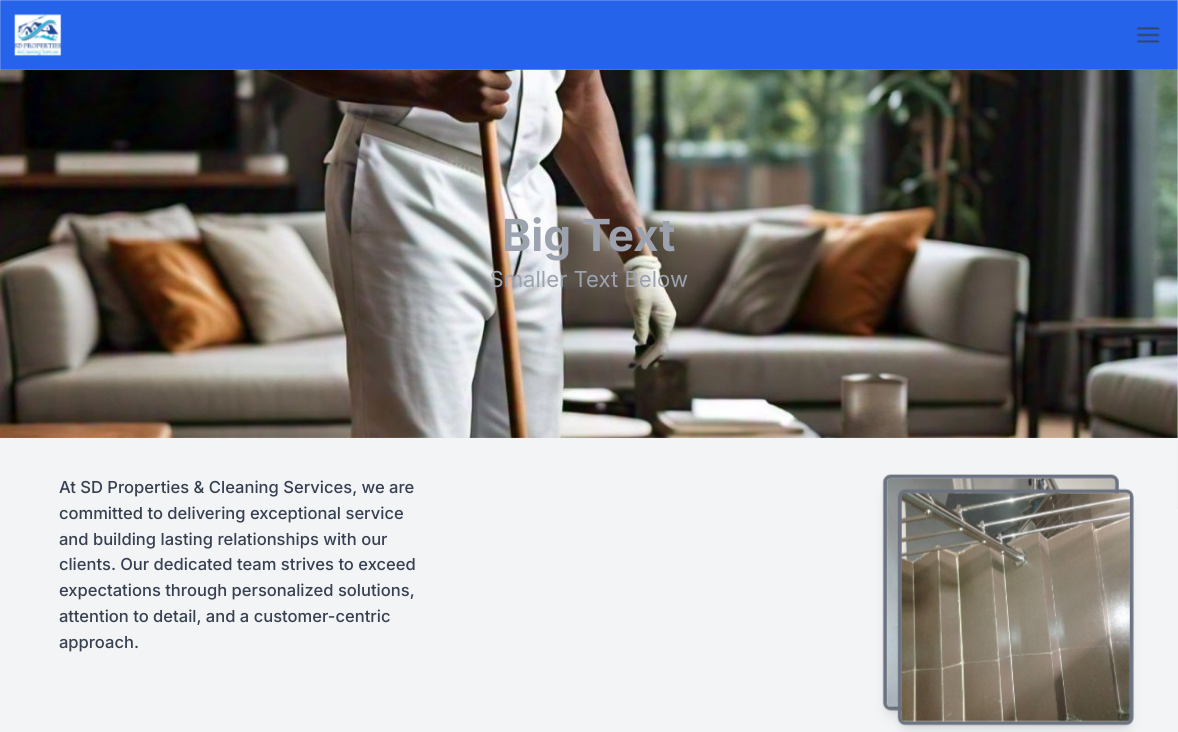
Repository: devmskhan/sdpropandclean
Page: /
An editor plug-in stored every save of this project. The page is shown before and after a run of saves, followed by the edit.
The browser window is 1280 px wide. The pictures show the whole page, at 92% of full size.
The project was rebuilt for these pictures with package versions that can differ from the ones it lists, and the page was loaded fresh each time. The framework's server and built-in components were replaced by stand-ins that run in the browser. Also part of the build but not shown: next.config.mjs.

Above is the page before, as saved 2024-09-03 12:24:44.

### app/layout.tsx
import type { Metadata } from "next";
import { Inter } from "next/font/google";
import "./globals.css";

const inter = Inter({ subsets: ["latin"] });

export const metadata: Metadata = {
  title: "SD Properties & Cleaning",
  description: "Provision of Houses and Cleanliness of Homes is our apex goal",
};

export default function RootLayout({
  children,
}: Readonly<{
  children: React.ReactNode;
}>) {
  return (
    <html lang="en">
      <body className={inter.className}>{children}</body>
    </html>
  );
}

### app/page.tsx
import Header from '../components/Header';
import Body from '../components/Body';

export default function Home() {
  return (
    <main className="min-h-screen bg-gray-200">
      <Header />
      <Body />
    </main>
  );
}

### components/Header.tsx
import Image from "next/image";
import { Bars3Icon } from '@heroicons/react/24/solid'


function Header() {
    return (
        <header className="sticky top-0 flex justify-between items-center p-4 bg-blue-600 shadow-md">
      {/* Logo on the top left */}
      <div className="flex items-center">
        <Image
          src="/sdlogo.jpg"
          alt="Logo"
          width={50}
          height={50}
          className="cursor-pointer"
        />
      </div>

      {/* Triple line (hamburger) icon on the top right */}
      <div className="cursor-pointer">
        <Bars3Icon className="h-8 w-8 text-gray-700" />
      </div>
    </header>
    )
}

export default Header;

### components/Body.tsx



function Body() {
    return (
        <div>
            <div className="relative w-full h-[400px] bg-cover bg-center text-gray-400"
         style={{ backgroundImage: 'url("/pic1.jpg")' }}>
      <div className="absolute inset-0 flex flex-col justify-center items-center text-center">
        {/* Larger Text */}
        <h1 className="text-5xl font-bold mb-2">
          Big Text
        </h1>
        {/* Smaller Text */}
        <p className="text-2xl">
          Smaller Text Below
        </p>
      </div>
    </div>

    <div>

    </div>

      <div className="flex justify-between p-6 bg-gray-100">
  <div className="max-w-md text-left mr-12"> {/* Increased margin-right for larger space */}
    <p className="text-lg font-medium text-gray-700 mt-4 ml-10">
      At SD Properties & Cleaning Services, we are committed to delivering exceptional service and building lasting relationships with our clients. Our dedicated team strives to exceed expectations through personalized solutions, attention to detail, and a customer-centric approach.
    </p>
  </div>
  <div className="relative mt-4 mr-10">
  <img src="stairsb.jpg" alt="Top Image" className="w-64 h-64 rounded-lg shadow-lg border-gray-500 border-solid border-4" />
  <img src="stairsaft.jpg" alt="Bottom Image" className="absolute bottom-0 left-0 w-64 h-64 rounded-lg shadow-lg transform translate-x-4 translate-y-4 border-gray-500 border-solid border-4" />
  </div>
</div>


        </div>


    )
}

export default Body;

Loaded but not shown: app/globals.css (common file); tailwind.config.ts (common file)

After the next 13 saves:
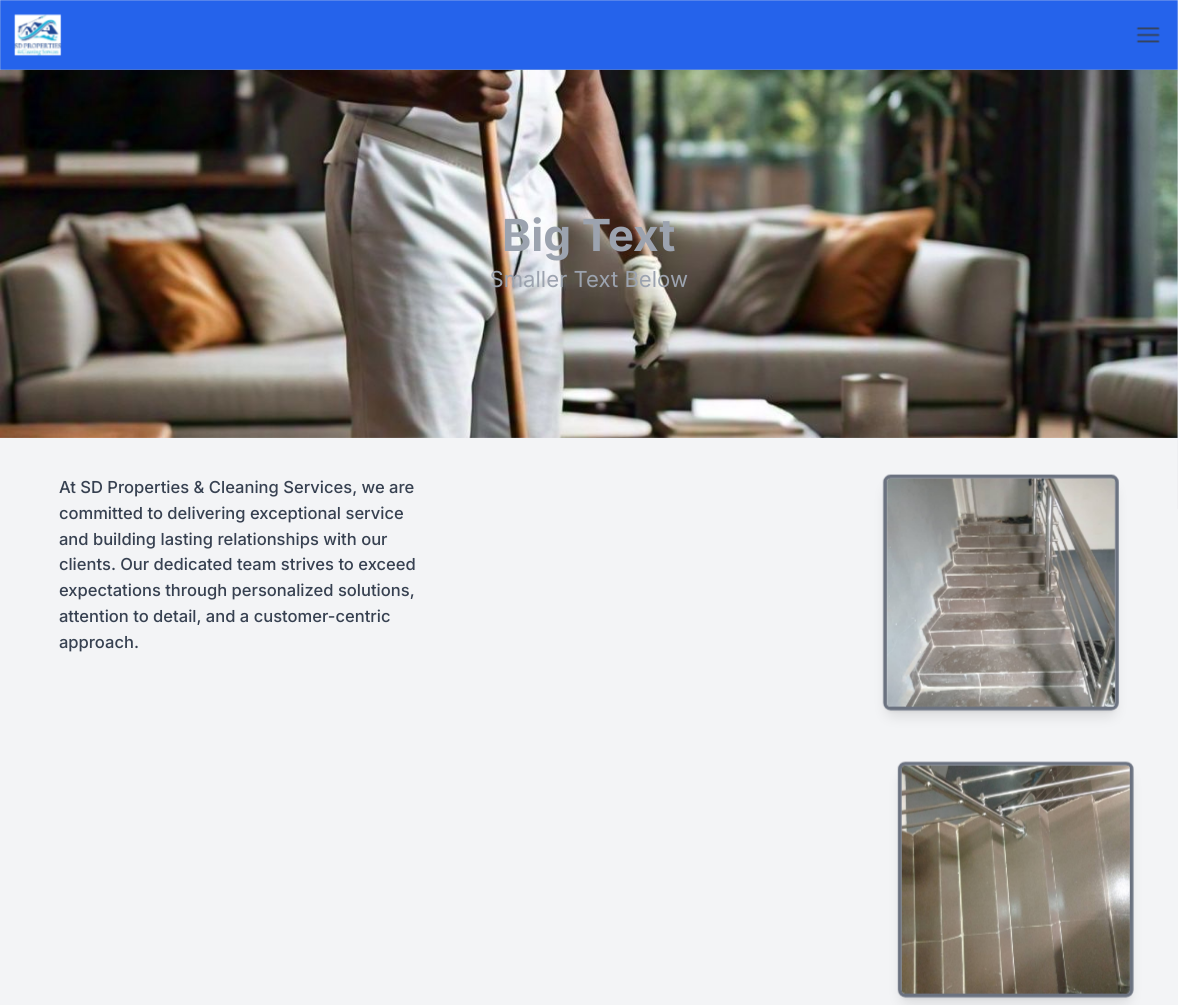
The 13 saves are shown as one change because they came seconds apart.
The last was saved 44 s later.
--- a/components/Body.tsx
+++ b/components/Body.tsx
@@ -30,7 +30,7 @@ function Body() {
   </div>
   <div className="relative mt-4 mr-10">
   <img src="stairsb.jpg" alt="Top Image" className="w-64 h-64 rounded-lg shadow-lg border-gray-500 border-solid border-4" />
-  <img src="stairsaft.jpg" alt="Bottom Image" className="absolute bottom-0 left-0 w-64 h-64 rounded-lg shadow-lg transform translate-x-4 translate-y-4 border-gray-500 border-solid border-4" />
+  <img src="stairsaft.jpg" alt="Bottom Image" className="mt-10 ml-absolute bottom-0 left-0 w-64 h-64 rounded-lg shadow-lg transform translate-x-4 translate-y-4 border-gray-500 border-solid border-4" />
   </div>
 </div>
 
